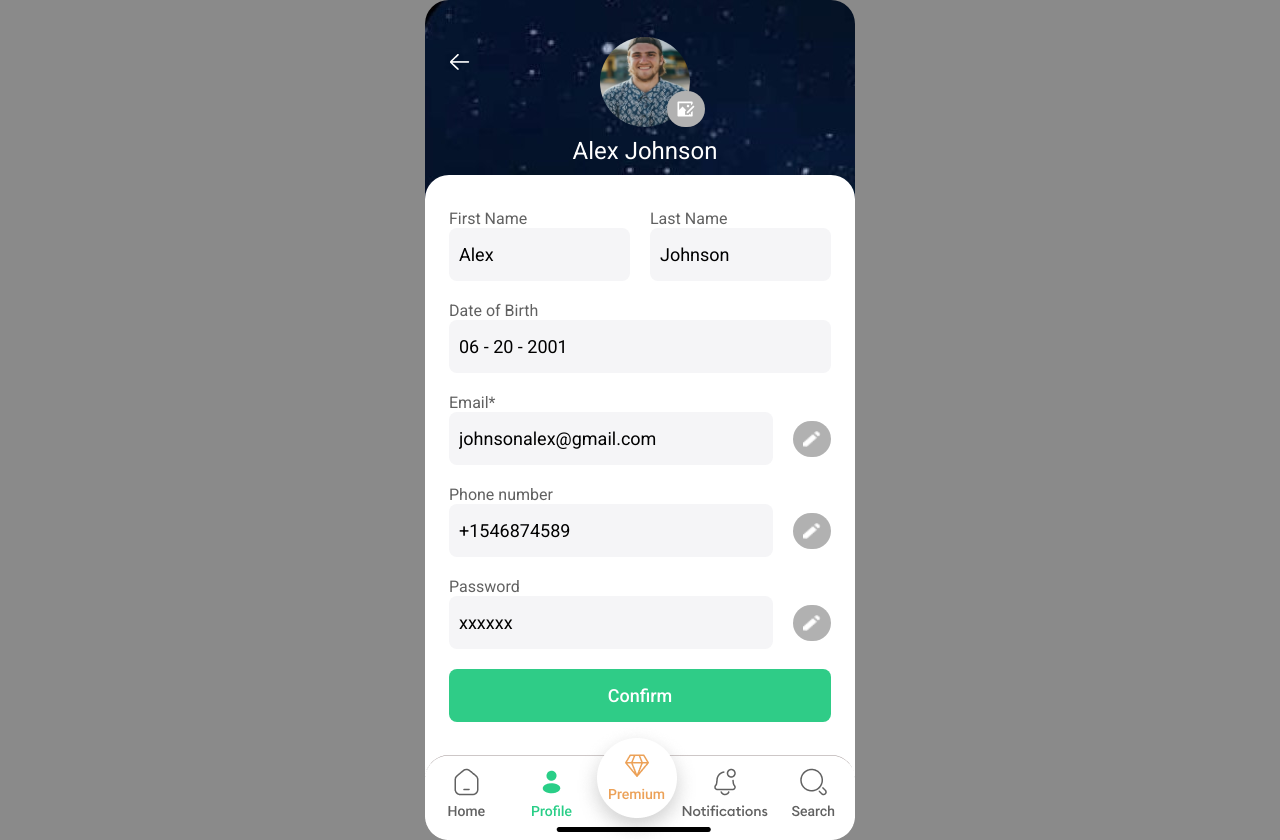
Repository: AytacSafarova/Task-figma-ui
Page: index.html
The author's editor kept a copy of each file at every save. The page is drawn from the files as they stood at one save, then again after the next save.
The browser window is 1280 px wide. The pictures show the whole page.

Above is the page before, as saved 2023-02-25 19:50:37.

After the next save:
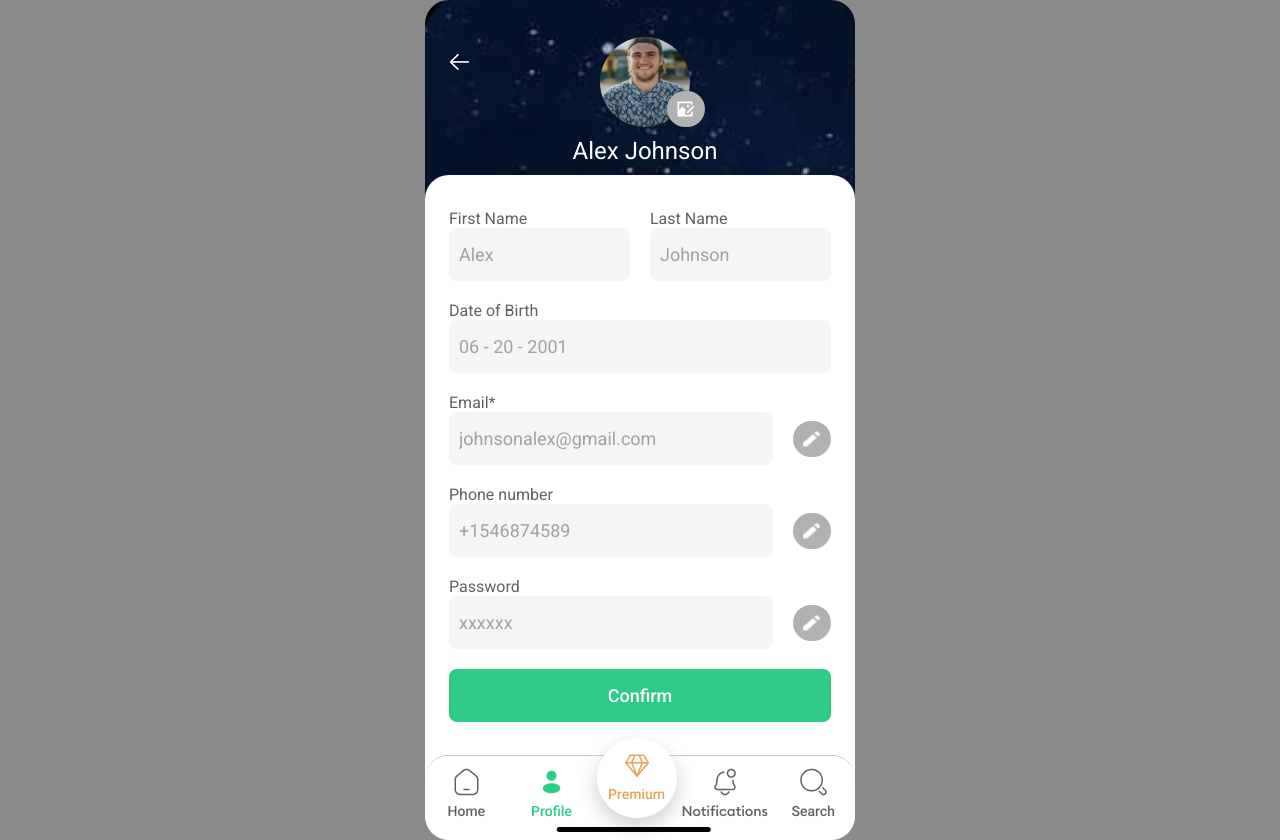
Saved 70 s later.
--- a/index.css
+++ b/index.css
@@ -101,7 +101,8 @@ input {
   border: none;
   border-radius: 8px;
   font-weight: 400;
-  color: #000000;
+  color: #A1A1A1
+  ;
   font-size: 18px;
 }
 label {
